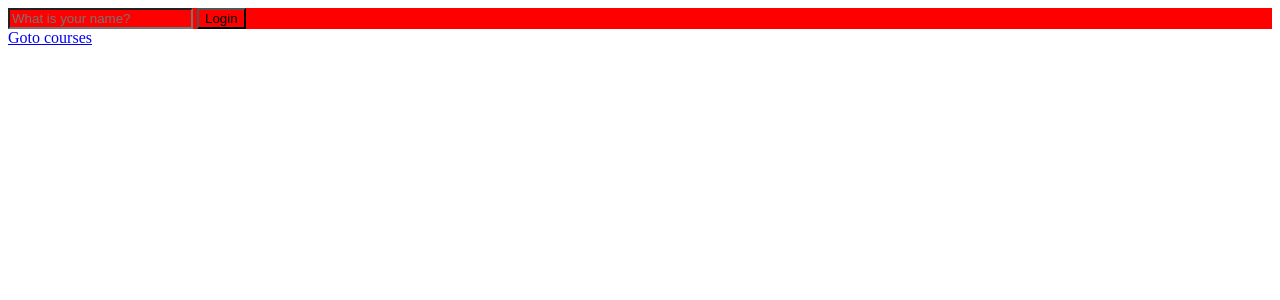
Repository: eunsuneun/js-momentum
Page: index.html
The author's editor kept a copy of each file at every save. The page is drawn from the files as they stood at one save, then again after the next save.
The browser window is 1280 px wide. The pictures show the whole page.

Above is the page before, as saved 2021-08-31 17:16:53.

After the next save:
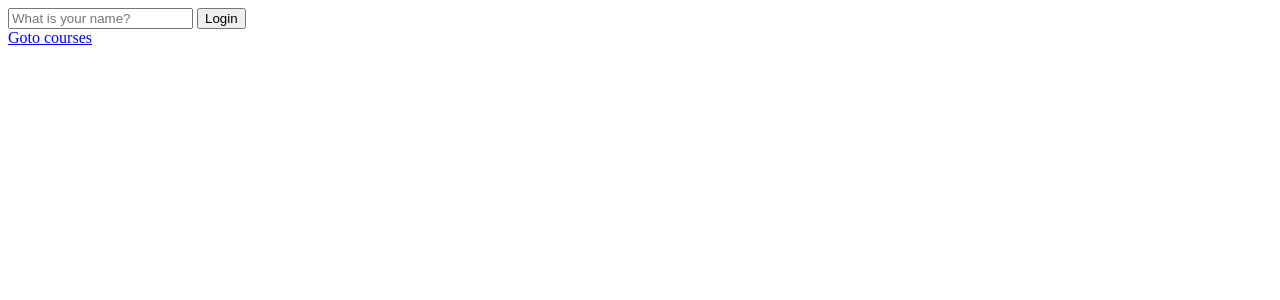
Saved 9 s later.
--- a/app.js
+++ b/app.js
@@ -2,9 +2,7 @@ document.addEventListener('DOMContentLoaded', () => {
   const $loginForm = document.querySelector('.login-form');
   const $loginInput = $loginForm.querySelector('input');
   const $loginButton = $loginForm.querySelector('button');
-  $loginForm.style.background = 'red';
-  $loginInput.style.background = 'red';
-  $loginButton.style.background = 'red';
+
   function onLoginSubmit(event) {
     event.preventDefault();
     const userName = $loginInput.value;
